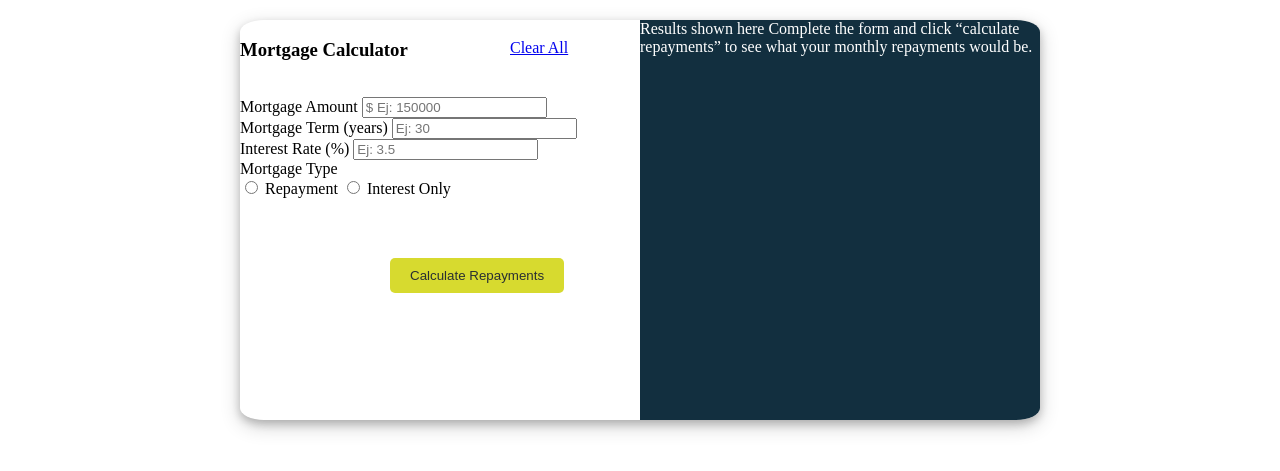
Repository: GravielPV/Mortgage-repayment-calculator
Page: index.html
An editor plug-in stored every save of this project. The page is shown before and after a run of saves, followed by the edit.
The browser window is 1280 px wide. The pictures show the whole page.

Above is the page before, as saved 2025-12-11 17:11:41.

After the next 4 saves:
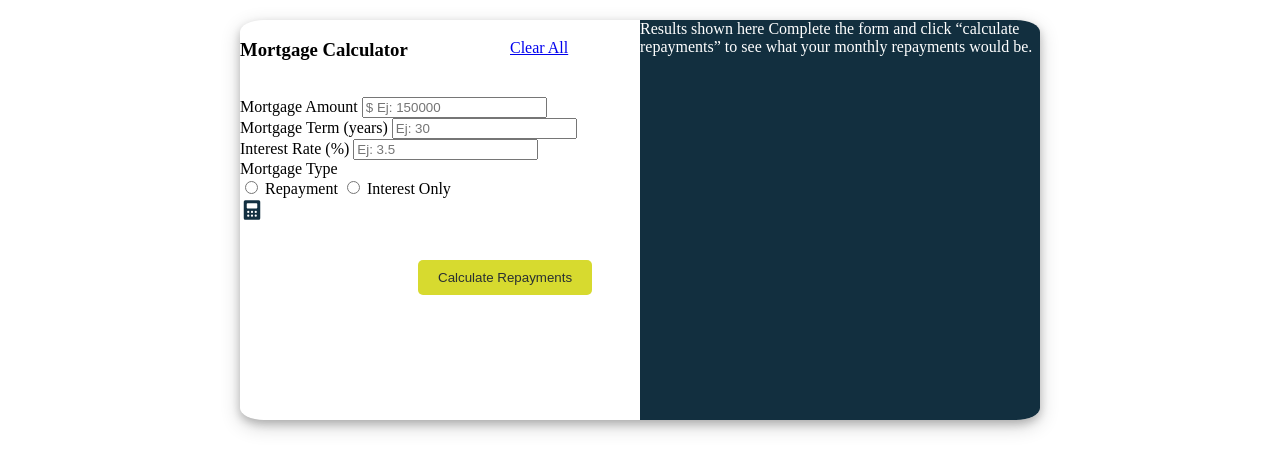
The 4 saves are shown as one change because they came seconds apart.
The last was saved 37 s later.
--- a/index.html
+++ b/index.html
@@ -75,6 +75,7 @@
 
       <!-- Botón -->
       <div class="boton">
+        <img src="assets/images/icon-calculator.svg" alt="">
         <button type="submit">Calculate Repayments</button>
       </div>
 
